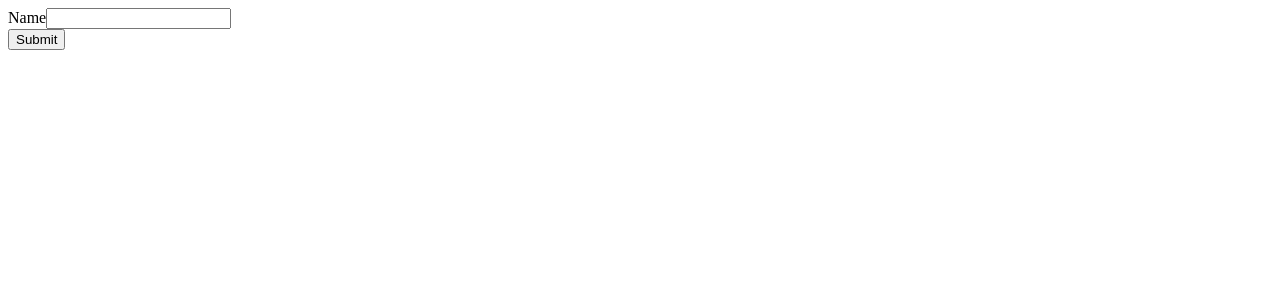
Repository: umng/Learn-to-Program
Page: Java/CTS_SFDC/workspace/Validate Player details/WebContent/index.html
An editor plug-in stored every save of this project. The page is shown before and after the next save, followed by the edit.
The browser window is 1280 px wide. The pictures show the whole page.

Above is the page before, as saved 2017-02-23 08:33:54.

After the next save:
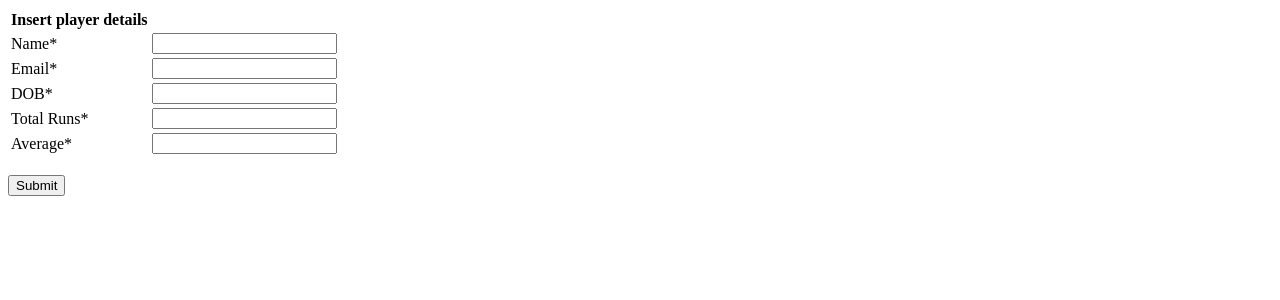
Saved 5 min 36 s later.
--- a/Java/CTS_SFDC/workspace/Validate Player details/WebContent/index.html
+++ b/Java/CTS_SFDC/workspace/Validate Player details/WebContent/index.html
@@ -1,7 +1,31 @@
 <html>
 	<body>
 		<form action="Welcome" method="GET">
-			Name<input type=text name=name>
+			<table>
+				<tr colspan="2">
+					<th>Insert player details</th>
+				</tr>
+				<tr>
+					<td>Name*</td>
+					<td><input type=text name=name></td>
+				</tr>
+				<tr>
+					<td>Email*</td>
+					<td><input type=text name=name></td>
+				</tr>
+				<tr>
+					<td>DOB*</td>
+					<td><input type=text name=name></td>
+				</tr>
+				<tr>
+					<td>Total Runs*</td>
+					<td><input type=text name=name></td>
+				</tr>
+				<tr>
+					<td>Average*</td>
+					<td><input type=text name=name></td>
+				</tr>
+			</table>
 			<br>
 			<input type=submit name=submit>
 		</form>
